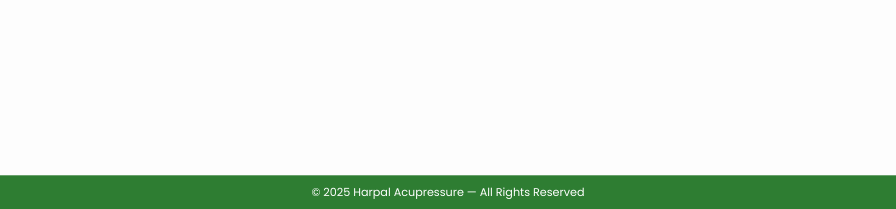
Repository: swasthiik/my-websites
Page: about.html
An editor plug-in stored every save of this project. The page is shown before and after the next save, followed by the edit.
The browser window is 1280 px wide. The pictures show the part of the page from y = 1789 to 3709 px (the page is 2088 px tall before and 4483 px after), at 70% of full size.
Pictures or frames that could not be fetched are drawn as grey boxes.

Above is the page before, as saved 2025-10-28 01:02:59.

### about.html
<!DOCTYPE html>
<html lang="en">
<head>
  <meta charset="UTF-8">
  <meta name="viewport" content="width=device-width, initial-scale=1.0">
  <title>About – Harpal Acupressure</title>
  <link href="https://fonts.googleapis.com/css2?family=Poppins:wght@300;400;600;700&display=swap" rel="stylesheet">
  <style>
    body {
      margin: 0;
      font-family: 'Poppins', sans-serif;
      background: #fdfdfd;
      color: #333;
      line-height: 1.6;
    }
    header {
      background: #2e7d32;
      color: white;
      padding: 15px 20px;
      text-align: center;
      font-size: 1.4rem;
      font-weight: 600;
      letter-spacing: 1px;
    }
    section {
      padding: 40px 10%;
      max-width: 1100px;
      margin: auto;
    }
    h2 {
      text-align: center;
      color: #2e7d32;
      margin-bottom: 20px;
    }
    .content-box {
      background: #fff;
      padding: 25px;
      border-radius: 10px;
      box-shadow: 0 6px 16px rgba(0,0,0,0.05);
    }
    ul {
      list-style: disc;
      margin-left: 25px;
    }
    iframe {
      display: block;
      margin: 30px auto;
      border-radius: 10px;
    }
    .testimonial {
      background: #f1f8e9;
      padding: 20px;
      border-radius: 10px;
      margin-top: 25px;
    }
    .testimonial p {
      font-style: italic;
      color: #444;
    }
  </style>
</head>
<body>

<header>About Harpal Acupressure</header>

<section>
  <h2>Journey & Achievements</h2>
  <div class="content-box">
    <ul>
      <li>2005 – Completed Basic Acupressure Course from Indira Gandhi Open University (IGNOU).</li>
      <li>2007 – Completed M.D. from Indian Academy of Acupressure Science, Indore University, Sri Lanka.</li>
      <li>2007 – Gold Medal recognition by Charotar Moti Satyavis.</li>
      <li>2009 – Gold Medal from Indian Academy of Acupressure at 8th National Acupressure Conference.</li>
      <li>2010 – Became a certified member of Rajasthan Vaikalpik Swasthya Sanstha (Acupressure Board).</li>
      <li>2013 – Awarded Doctor’s Degree in Naturopathy Science.</li>
      <li>Organised and managed multiple 3-day camps on Acupressure & Sujok Therapy (Nasokvala Hall Ode Bazar, Umreth).</li>
      <li>Held 3-day camp in Nasik for Acupressure & Sujok Therapy organised by Jalaram Temple Trust and Maheshbhai Shah.</li>
      <li>1-day camp in Jubilee Baug, Vadodara for Sai Baba Temple Trust.</li>
      <li>Debate programme on Acupressure broadcasted on “AKASHVANI” (Vadodara) – 25 Dec 2010.</li>
      <li>Regular articles published in health magazine “Arogyamantra”.</li>
      <li>2010 & 2012 – Delivered lectures for senior citizens in Anand (organised by Lion Club).</li>
      <li>Held 15–20 lectures and training camps in Vadodara city for senior citizens and wellness seekers.</li>
      <li>Delivered lectures in Pune at “Shivyog” events (Science Beyond Science).</li>
      <li>Conducted training for GER GGEB Company, Vadodara.</li>
      <li>2016 – Completed Dietitian Course from JSRFC Trust (16 Dec 2016).</li>
      <li>6 Aug 2017 – Gold Medal at National Conference on Health & Wellness (Heritage Foundation).</li>
      <li>16 Feb 2018 – Honoured by Association of Alliance Clubs International (District 123, Ahmedabad).</li>
      <li>Received “Shrimani Award” at National Conference on Health & Wellness through Holistic Approach (2017, Vadodara).</li>
      <li>Received “Diamond Award” from Acupressure Training & Research Centre (2018, Lokmat Media Partner).</li>
    </ul>

    <h3 style="color:#2e7d32;margin-top:22px;margin-bottom:10px;">Profile Summary</h3>
    <ul>
      <li>Specialised in Acupressure, Naturopathy, and Sujok therapies.</li>
      <li>Conducted over 20 national-level workshops and training sessions.</li>
      <li>Regularly invited as a guest speaker at wellness events across India.</li>
      <li>Recognised for her contributions to holistic wellness and natural healing awareness.</li>
      <li>Dedicated to training new learners and helping patients achieve balance and positivity.</li>
    </ul>
  </div>
</section>
<section>
  <h2>Testimonials</h2>
  <div class="testimonial">
    <p>"I was suffering from severe back pain for months. After visiting Harpal Acupressure, I felt relief in just two sessions!"</p>
    <strong>- Ramesh Patel</strong>
  </div>
  <div class="testimonial">
    <p>"Doctor Harpal’s treatment and advice changed my lifestyle and improved my health naturally."</p>
    <strong>- Kavita Shah</strong>
  </div>
</section>

<section>
  <h2>Video Presentation</h2>
  <iframe width="560" height="315" src="https://www.youtube.com/embed/your_video_id"
    title="Harpal Acupressure Journey" frameborder="0" allowfullscreen></iframe>
</section>

<footer style="text-align:center;background:#2e7d32;color:white;padding:12px;">
  &copy; 2025 Harpal Acupressure — All Rights Reserved
</footer>

</body>
</html>

After the next save:
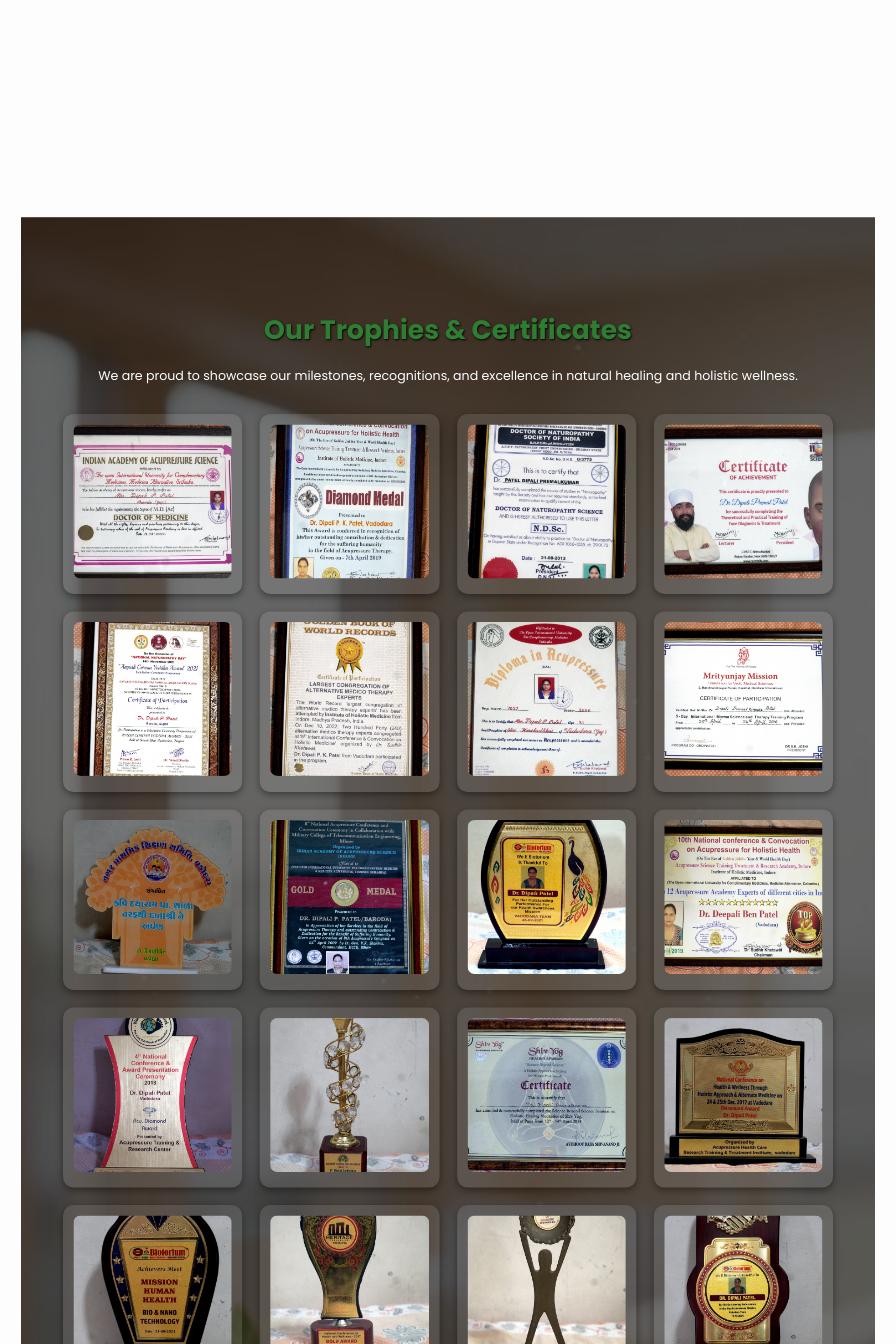
Saved 10 min 6 s later.
--- a/about.html
+++ b/about.html
@@ -56,6 +56,62 @@
     .testimonial p {
       font-style: italic;
       color: #444;
+    }
+
+    /* Achievements Section */
+    #achievements {
+      background: url('images/background5.jpg') no-repeat center/cover;
+      padding: 100px 60px;
+      color: #fff;
+      text-align: center;
+      position: relative;
+      margin-top: 60px;
+    }
+    #achievements::before {
+      content: '';
+      position: absolute;
+      top: 0; left: 0;
+      width: 100%; height: 100%;
+      background: rgba(0,0,0,0.6);
+    }
+    #achievements .inner { position: relative; z-index: 1; }
+    #achievements h2 {
+      font-size: 38px;
+      margin-bottom: 20px;
+      text-shadow: 1px 1px 3px #000;
+    }
+    #achievements p {
+      margin-bottom: 40px;
+      font-size: 18px;
+    }
+    .trophy-grid {
+      display: grid;
+      grid-template-columns: repeat(auto-fit, minmax(250px, 1fr));
+      gap: 25px;
+    }
+    .trophy-card {
+      background: rgba(255, 255, 255, 0.1);
+      border-radius: 15px;
+      padding: 15px;
+      box-shadow: 0 4px 10px rgba(0,0,0,0.4);
+      transition: transform 0.3s ease, box-shadow 0.3s ease;
+    }
+    .trophy-card:hover {
+      transform: translateY(-8px);
+      box-shadow: 0 6px 14px rgba(0,0,0,0.5);
+    }
+    .trophy-card img {
+      width: 100%;
+      height: 220px;
+      object-fit: cover;
+      border-radius: 10px;
+    }
+
+    footer {
+      text-align:center;
+      background:#2e7d32;
+      color:white;
+      padding:12px;
     }
   </style>
 </head>
@@ -99,6 +155,7 @@
     </ul>
   </div>
 </section>
+
 <section>
   <h2>Testimonials</h2>
   <div class="testimonial">
@@ -117,7 +174,45 @@
     title="Harpal Acupressure Journey" frameborder="0" allowfullscreen></iframe>
 </section>
 
-<footer style="text-align:center;background:#2e7d32;color:white;padding:12px;">
+<!-- Certificates & Trophies Section -->
+<section id="achievements">
+  <div class="inner">
+    <h2>Our Trophies & Certificates</h2>
+    <p>We are proud to showcase our milestones, recognitions, and excellence in natural healing and holistic wellness.</p>
+
+    <div class="trophy-grid">
+      <!-- 26 certificates/trophies -->
+      <div class="trophy-card"><img src="images/crt1.jpg" alt="Certificate 1"></div>
+      <div class="trophy-card"><img src="images/crt2.jpg" alt="Certificate 2"></div>
+      <div class="trophy-card"><img src="images/crt3.jpg" alt="Certificate 3"></div>
+      <div class="trophy-card"><img src="images/crt4.jpg" alt="Certificate 4"></div>
+      <div class="trophy-card"><img src="images/crt5.jpg" alt="Certificate 5"></div>
+      <div class="trophy-card"><img src="images/crt6.jpg" alt="Certificate 6"></div>
+      <div class="trophy-card"><img src="images/crt7.jpg" alt="Certificate 7"></div>
+      <div class="trophy-card"><img src="images/crt8.jpg" alt="Certificate 8"></div>
+      <div class="trophy-card"><img src="images/crt9.jpg" alt="Certificate 9"></div>
+      <div class="trophy-card"><img src="images/crt10.jpg" alt="Certificate 10"></div>
+      <div class="trophy-card"><img src="images/crt11.jpg" alt="Certificate 11"></div>
+      <div class="trophy-card"><img src="images/crt12.jpg" alt="Certificate 12"></div>
+      <div class="trophy-card"><img src="images/crt13.jpg" alt="Certificate 13"></div>
+      <div class="trophy-card"><img src="images/crt14.jpg" alt="Certificate 14"></div>
+      <div class="trophy-card"><img src="images/crt15.jpg" alt="Certificate 15"></div>
+      <div class="trophy-card"><img src="images/crt16.jpg" alt="Certificate 16"></div>
+      <div class="trophy-card"><img src="images/crt17.jpg" alt="Certificate 17"></div>
+      <div class="trophy-card"><img src="images/crt18.jpg" alt="Certificate 18"></div>
+      <div class="trophy-card"><img src="images/crt19.jpg" alt="Certificate 19"></div>
+      <div class="trophy-card"><img src="images/crt20.jpg" alt="Certificate 20"></div>
+      <div class="trophy-card"><img src="images/crt21.jpg" alt="Certificate 21"></div>
+      <div class="trophy-card"><img src="images/crt22.jpg" alt="Certificate 22"></div>
+      <div class="trophy-card"><img src="images/crt23.jpg" alt="Certificate 23"></div>
+      <div class="trophy-card"><img src="images/crt24.jpg" alt="Certificate 24"></div>
+      <div class="trophy-card"><img src="images/crt25.jpg" alt="Certificate 25"></div>
+      <div class="trophy-card"><img src="images/crt26.jpg" alt="Certificate 26"></div>
+    </div>
+  </div>
+</section>
+
+<footer>
   &copy; 2025 Harpal Acupressure — All Rights Reserved
 </footer>
 
